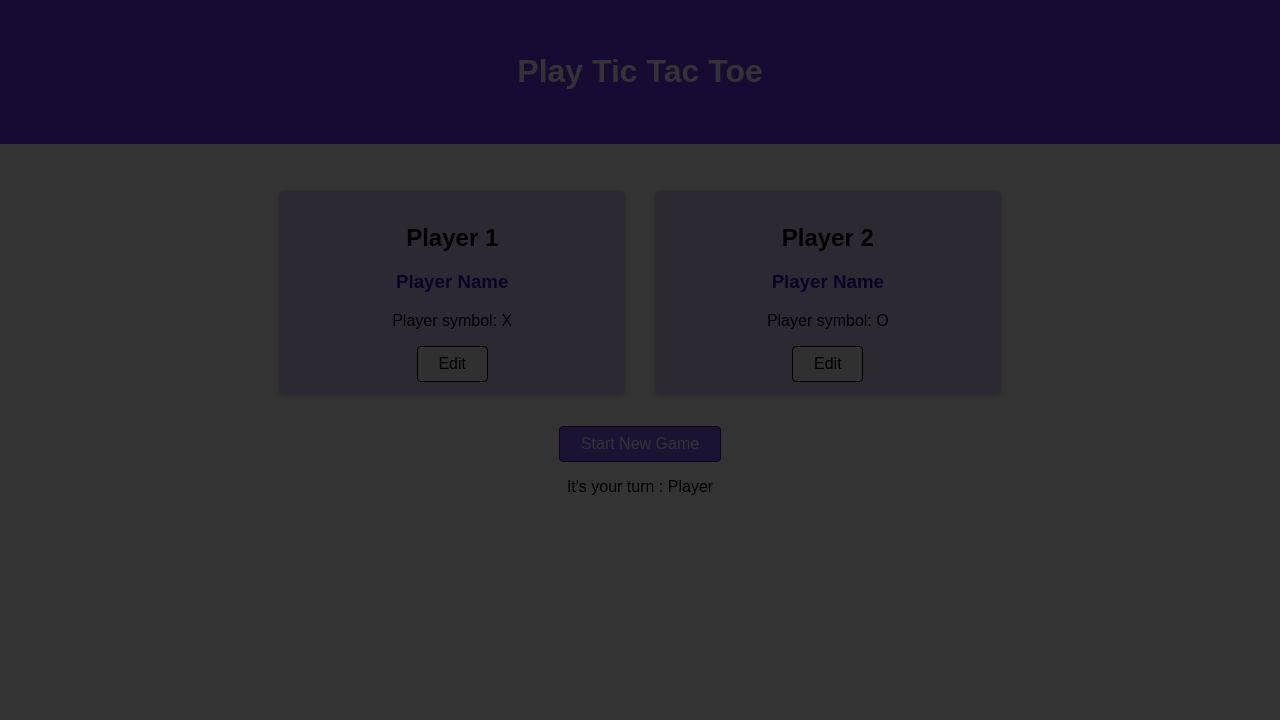
Repository: Harjot00/Wevdev
Page: Tic tac toe/index.html
The author's editor kept a copy of each file at every save. The page is drawn from the files as they stood at one save, then again after the next save.
The browser window is 1280 px wide. The pictures show the whole page.
After loading, the first visible `#player1editbtn` was clicked once.
Some web fonts or font styles are not loaded; a fallback is used.

Above is the page before, as saved 2022-05-22 14:55:37.

### Tic tac toe/index.html
<!DOCTYPE html>
<html lang="en">
<head>
    <meta charset="UTF-8">
    <meta http-equiv="X-UA-Compatible" content="IE=edge">
    <meta name="viewport" content="width=device-width, initial-scale=1.0">
    <link rel="stylesheet" href="styles.css">
    <link href="https://fonts.googleapis.com/css2?family=Roboto:wght@100&family=Send+Flowers&display=swap" rel="stylesheet">
    <title>Tic Tac Toe</title>
    <script src="funcs.js" defer></script>
    <script src="app.js" defer></script>


</head>
<body>
    <div id="curtain"></div>
    <header>
        <h1>Play Tic Tac Toe</h1>

    </header>
    <main>
        <aside id="playerinfo" >
            <div id="playerinput">
                <h2>Choose your name</h2>
            <form >
                <div>
                    <label for = "playername">Player name</label>
                    <input type="text" name="username" id="username"/>

                </div>
                <div >
                    <button id="cancel-btn" class="btn-class"  type="button"> Cancel</button>
                    <button class="btn-class" id="confirm-btn" type="submit">Confirm</button>
                </div>
            </form>
            </div>
        </aside>

        <div id="gamestyle">
            <ol>
                <li>
                    <h2>Player 1</h2>
                    <h3>Player Name</h3>
                    <p>Player symbol: X</p>
                    <button class="btn-class" id="player1editbtn">Edit</button>
                </li>
                <li>
                    <h2>Player 2</h2>
                    <h3>Player Name</h3>
                    <p>Player symbol: O</p>
                    <button class="btn-class" id="player2editbtn">Edit</button>
                </li>
            </ol>
            <button id="start-btn">Start New Game</button>
        </div>
         <section id="active-game">
             <div id="game-over">
                <h2>You won Player</h2>
                <p>click "Start New Game" above, to start a new game. </p>
             </div>
             <p >It's your turn : Player</p>
             <ol class="game-board">
                 <li></li>
                 <li></li>
                 <li></li>
                 <li></li>
                 <li></li>
                 <li></li>
                 <li></li>
                 <li></li>
                 <li></li>
             </ol>
         </section>
    </main>

</body>
</html>

### Tic tac toe/styles.css
@import url('https://fonts.googleapis.com/css2?family=Roboto:wght@100&family=Send+Flowers&display=swap');
body{
    font-family: 'Montserrat', sans-serif;
    margin: 0;
    padding: 0;
}
header{
    background-color: #6b35ff;
    margin:0 0 2rem 0;
    padding: 2rem 0;
    color:white;
    text-align: center;
}
#curtain {
    text-align: center;
    width:100%;
    height:100%;
    background-color:black;
    position:absolute;
    top:0;
    left:0;
    background-color: rgba(0,0,0,0.8);
    display:none;

}
 #playerinput{
    text-align: center;
    margin:0 auto;
    padding:0.8rem;
    background-color:white;
    border-radius: 6px;
    width:50%;
    position:relative;
    top:30%;

}
aside{
    display:none;
}

aside div h2{
    margin:0.7rem 0;
}
aside div input {
    display:block;
    margin:1rem auto;
    height:1.6rem;
    width:50%;
}
.btn-class{
    padding:0.5rem 1.3rem;
    font-size:1rem;
    border:1px solid;
    border-radius: 4px;
}
#player1editbtn:hover{
    cursor:pointer;
    background-color:#ac8eff;

}
#player2editbtn:hover{
    cursor:pointer;
    background-color:#ac8eff;

}


#btn-div button:hover{
    background-color: #895eff;
    color:white;
    border-color: #441daf;
    cursor: pointer;
}
#cancel-btn:hover{
    cursor: pointer;
    background-color:#ac8eff;
    color: white;
}
#confirm-btn{
    background-color: #895eff;
    color:white;
}
#confirm-btn:hover{
    cursor: pointer;
    background-color:#6831ff;
    color: white;
}
#gamestyle ol{
    display:flex;
    list-style: none;
    padding:0px;
    justify-content: center;
}
#gamestyle li{
    padding:0.8rem;
    margin: 15px;
    width:25%;
    background-color: #dccfff;
    text-align:center;
    border-radius: 6px;
    box-shadow: rgba(0, 0, 0, 0.2) 0px 1px 4px;

}
#gamestyle li h3{
    color:#3c0cc0;
}
#start-btn{
    padding:0.5rem 1.3rem;
    font-size:1rem;
    border:1px solid rgb(96, 0, 148);
    border-radius: 4px;
    background-color:#895eff;
    color:white;
    margin:0 auto;
    display:block;


}
#start-btn:hover{
    cursor: pointer;
    background-color:#6430f4;
}
#game-over{
    width:45%;
    margin:25px auto;
    background-color:#160052;
    padding:20px 0px;
    color:white;
    display:none;
}
.game-board{
    list-style: none;
    display:grid;
    grid-template-columns: repeat(3,100px);
    grid-template-rows: repeat(3,100px);
    justify-content: center;
    padding:0;
    gap:6px;
    margin:25px 0;
    display: none;
}
.game-board li {
    background-color:#ad8fff;
}
.game-board li:hover{
    background-color:#6c36ff;
}
section{
    text-align: center;
}
@media only screen and (max-width: 600px){
    #gamestyle li{
         width:30%;}
}

### Tic tac toe/funcs.js
function playerConfig(){
    document.getElementById('curtain').style.display = 'block';

}
function closeplayerconfig(){
    document.getElementById('curtain').style.display = 'none';
}

### Tic tac toe/app.js
const player1editbtnele = document.getElementById('player1editbtn');
const player2editbtnele = document.getElementById('player2editbtn');
player1editbtnele.addEventListener("click",playerConfig);
player2editbtnele.addEventListener("click",playerConfig);

const asidebackdrop = document.getElementById('curtain');
asidebackdrop.addEventListener("click",closeplayerconfig);

const cancelbtn = document.getElementById('cancel-btn');
cancelbtn.addEventListener("click",closeplayerconfig);

After the next save:
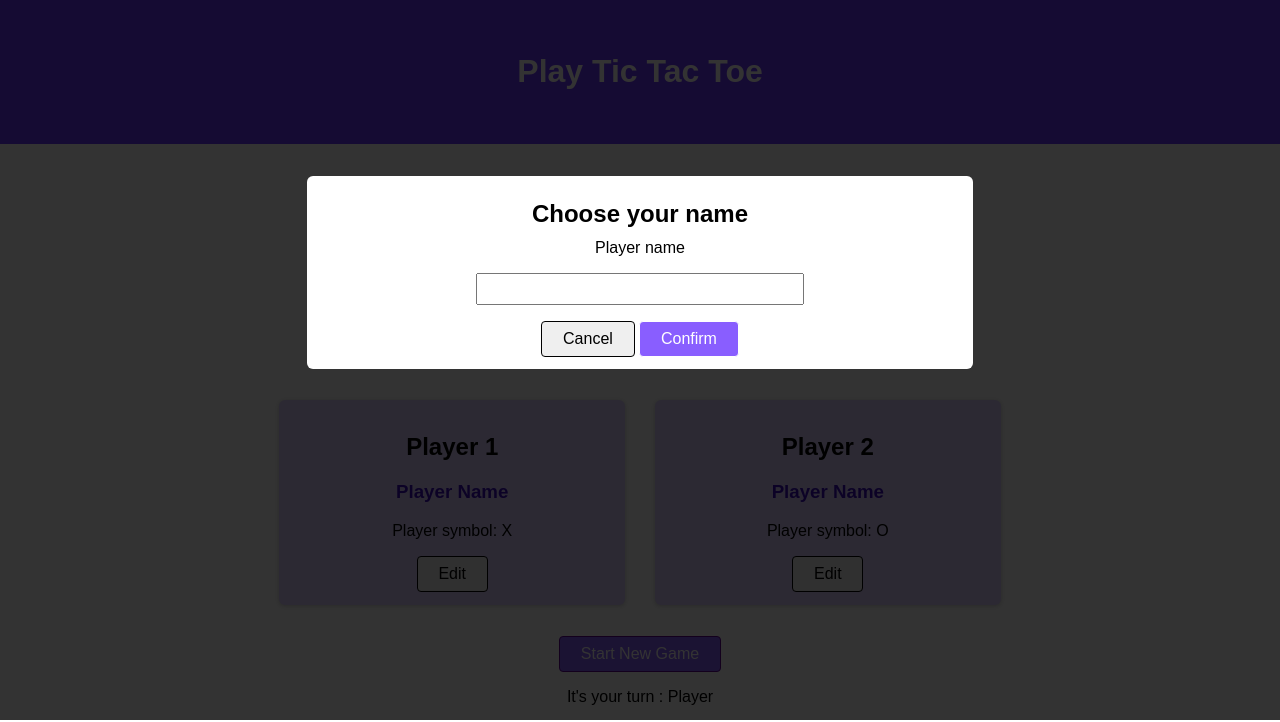
Saved 48 s later.
--- a/Tic tac toe/funcs.js
+++ b/Tic tac toe/funcs.js
@@ -1,7 +1,9 @@
 function playerConfig(){
     document.getElementById('curtain').style.display = 'block';
+    document.getElementById('playerinfo').style.display = 'block';
 
 }
 function closeplayerconfig(){
     document.getElementById('curtain').style.display = 'none';
+    document.getElementById('playerinfo').style.display = 'none';
 }
